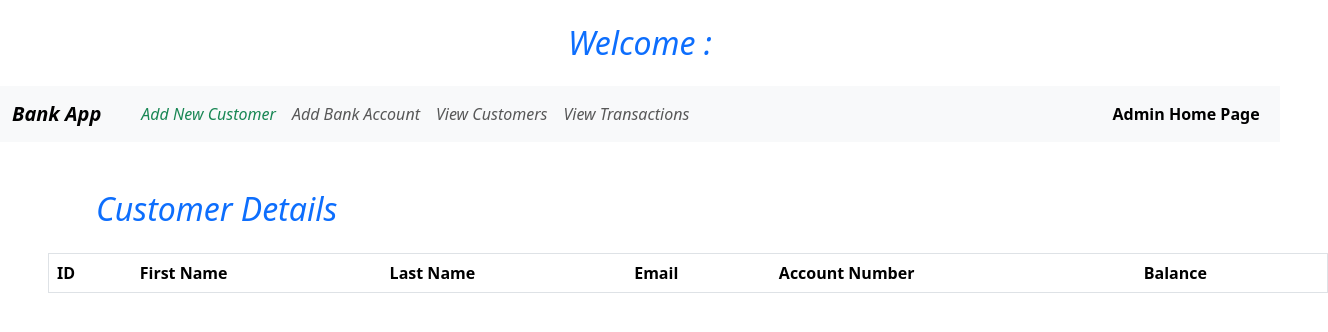
Repository: Niket-mishra/Dummy
Page: http://localhost/demo/user-list.jsp
An editor plug-in stored every save of this project. The page is shown before and after the next save, followed by the edit.
The browser window is 1280 px wide. The page is 1328 px wide, then 1280 px, so the pictures cover 1328 px, including what lies to the right of the window. The pictures show the whole page.
After loading, the first visible `a[onclick="showDiv3()"]` was clicked once.
The page is served by Tomcat 9. Other server files are loaded and not shown. The template is opened directly, without the code that normally fills it, so the values that code supplies are empty.

Above is the page before, as saved 2024-05-12 07:03:21.

### demo/src/main/webapp/user-list.jsp
<%@ page language="java" contentType="text/html; charset=UTF-8"
 pageEncoding="UTF-8"%>
    <%@ taglib uri="http://java.sun.com/jsp/jstl/core" prefix="c"%>
        <html>

        <head>
            <title>Admin Home</title>
<link href="https://cdn.jsdelivr.net/npm/bootstrap@5.3.3/dist/css/bootstrap.min.css" rel="stylesheet">
<style>

	#myDiv3 {
            display: none;
            margin-top: 10px;
            cursor: pointer;
       		 }
</style>
        </head>

        <body>
<h2 class ="mb-4 mt-4 fst-italic text-primary text-center">Welcome : ${fname}</h2>
<nav class="navbar navbar-expand-lg bg-body-tertiary mb-5">
  <div class="container-fluid">
    <a class="navbar-brand" href="/"><b><i>Bank App</i></b></a>
    <button class="navbar-toggler" type="button" data-bs-toggle="collapse" data-bs-target="#navbarText" aria-controls="navbarText" aria-expanded="false" aria-label="Toggle navigation">
      <span class="navbar-toggler-icon"></span>
    </button>
    <div class="collapse navbar-collapse ms-3" id="navbarText">
      <ul class="navbar-nav me-auto mb-2 mb-lg-0">
        <li class="nav-item">
          <a href="<%=request.getContextPath()%>/new" class="nav-link active fst-italic align-bottom d-flex justify-content-end link-success link-offset-2 link-underline-opacity-25 link-underline-opacity-100-hover" id="myAnchor" onclick="showDiv()" >Add New Customer</a>
        </li>
        <li class="nav-item fst-italic align-bottom d-flex justify-content-end link-success link-offset-2 link-underline-opacity-25 link-underline-opacity-100-hover">
          <a class="nav-link" href="#" onclick="hideDiv()">Add Bank Account</a>
        </li>
        <li class="nav-item fst-italic align-bottom d-flex justify-content-end link-success link-offset-2 link-underline-opacity-25 link-underline-opacity-100-hover">
          <a class="nav-link" onclick="showDiv2()">View Customers</a>
        </li>
        <li class="nav-item fst-italic align-bottom d-flex justify-content-end link-success link-offset-2 link-underline-opacity-25 link-underline-opacity-100-hover">
          <a class="nav-link" onclick="showDiv3()">View Transactions</a>
        </li>
      </ul>
      <span class="navbar-text">
        <b> <a href ="AdminHomePage.jsp" class="text-decoration-none">Admin Home Page</a> &nbsp;</b>
      </span>
    </div>
  </div>
</nav>


<div class = " me-5 pe-5" id="myDiv3">
<h2 class ="mb-4 fst-italic text-primary ms-5 ps-5">Customer Details</h2>
                    <table border="1" class="table table-hover ms-5 me-5 ps-5 pe-5 mb-4">
                        <thead>
                            <tr>
                                <th>ID</th>
                                <th>First Name</th>
                                <th>Last Name</th>
                                <th>Email</th>
                                <th>Account Number</th>
                                <th>Balance</th>

                            </tr>
                        </thead>
                        <tbody>
                            <c:forEach var="user" items="${listUser}">
                                <tr>
                                    <td>
                                        <c:out value="${user.id}" />
                                    </td>
                                    <td>
                                        <c:out value="${user.fname}" />
                                    </td>
                                    <td>
                                        <c:out value="${user.lname}" />
                                    </td>
                                    <td>
                                        <c:out value="${user.email}" />
                                    </td>
                                    <td>
                                        <c:out value="${user.accounts.accNo}" />
                                    </td>
                                    <td>
                                        <c:out value="${user.accounts.balance}" />
                                    </td>
                                </tr>
                            </c:forEach>
                            <!-- } -->
                        </tbody>
					</table>
           </div>






           <script>
           function showDiv3() {
               var divElement = document.getElementById("myDiv");
               var divElement1 = document.getElementById("myDiv1");
               var divElement2 = document.getElementById("myDiv2");
               var divElement3 = document.getElementById("myDiv3");

               if(divElement3.style.display="none"){
            	   divElement3.style.display="inline"
               }
           }
          </script>
        </body>

        </html>

After the next save:
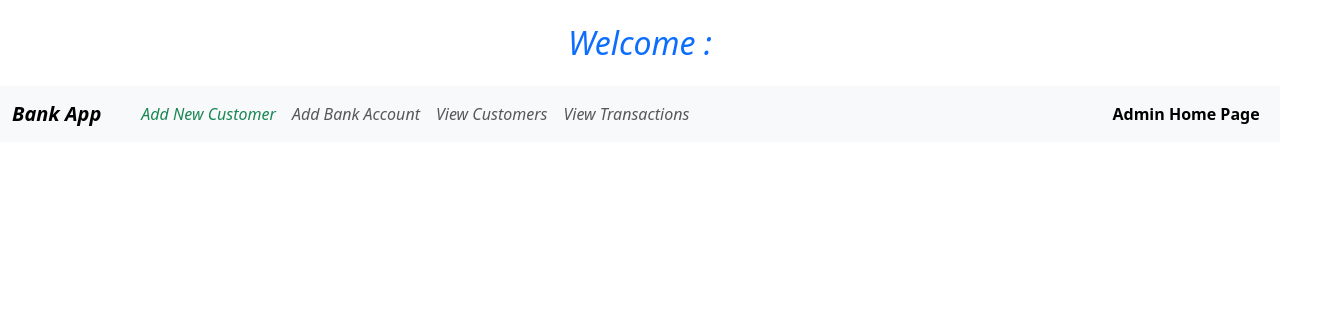
Console error: ReferenceError: showDiv3 is not defined
Saved 62 min 1 s later.
--- a/demo/src/main/webapp/user-list.jsp
+++ b/demo/src/main/webapp/user-list.jsp
@@ -95,10 +95,8 @@
 
 
            <script>
-           function showDiv3() {
-               var divElement = document.getElementById("myDiv");
-               var divElement1 = document.getElementById("myDiv1");
-               var divElement2 = document.getElementById("myDiv2");
+           function showDiv2() {
+
                var divElement3 = document.getElementById("myDiv3");
 
                if(divElement3.style.display="none"){
